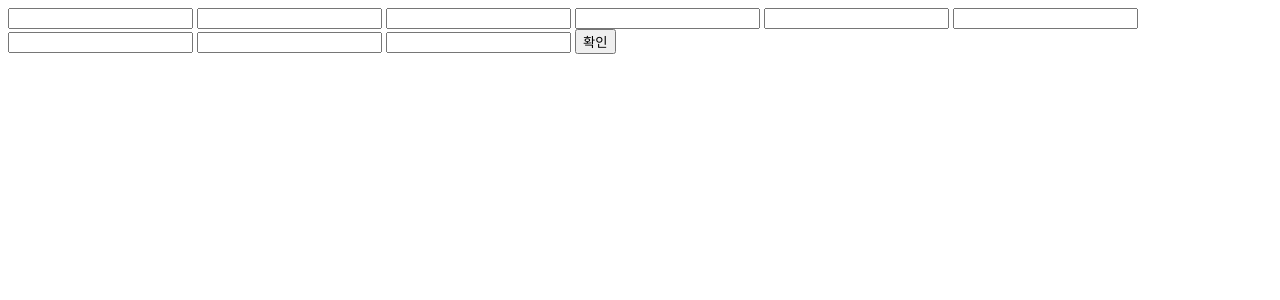
Repository: zeroj-0/eclipseProjects
Page: jv301/src/main/webapp/mod004/add_user.html
The author's editor kept a copy of each file at every save. The page is drawn from the files as they stood at one save, then again after the next save.
The browser window is 1280 px wide. The pictures show the whole page.

Above is the page before, as saved 2022-06-29 07:23:53.

### jv301/src/main/webapp/mod004/add_user.html
<!DOCTYPE html>
<html>
<head>
<meta charset="UTF-8">
<title>Insert title here</title>
</head>
<body>
	<form action="add_user.do" method="post">
		<input type="text" name="userId">
		<input type="text" name="userId">
		<input type="text" name="userId">
		<input type="text" name="userId">
		<input type="text" name="userId">
		<input type="text" name="userId">
		<input type="text" name="userId">
		<input type="text" name="userId">
		<input type="text" name="userId">
		<button type="submit">확인</button>
	</form>
</body>
</html>

After the next save:
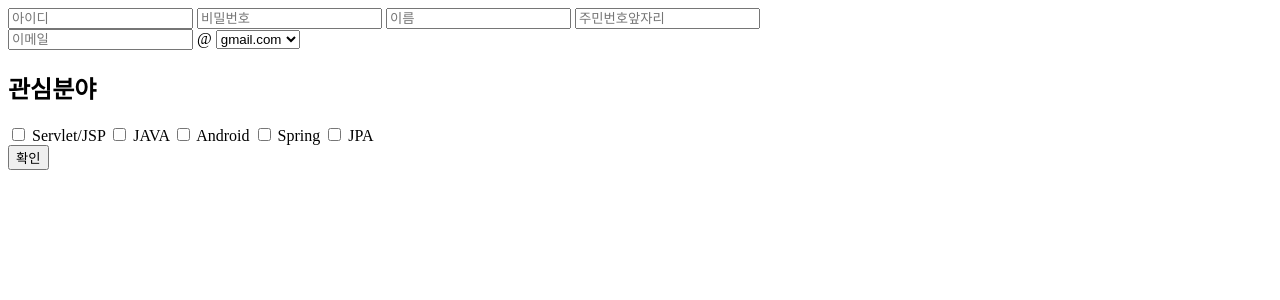
Saved 11 min 0 s later.
--- a/jv301/src/main/webapp/mod004/add_user.html
+++ b/jv301/src/main/webapp/mod004/add_user.html
@@ -1,21 +1,39 @@
 <!DOCTYPE html>
 <html>
 <head>
-<meta charset="UTF-8">
-<title>Insert title here</title>
-</head>
-<body>
-	<form action="add_user.do" method="post">
-		<input type="text" name="userId">
-		<input type="text" name="userId">
-		<input type="text" name="userId">
-		<input type="text" name="userId">
-		<input type="text" name="userId">
-		<input type="text" name="userId">
-		<input type="text" name="userId">
-		<input type="text" name="userId">
-		<input type="text" name="userId">
-		<button type="submit">확인</button>
-	</form>
-</body>
+    <meta charset="utf-8">
+    <title>회원가입</title>
+  </head>
+  <body>
+    <form class="" action="index.html" method="post">
+      <input type="text" name="userId" placeholder="아이디">
+		  <input type="text" name="password" placeholder="비밀번호">
+		  <input type="text" name="userName" placeholder="이름">
+		  <input type="text" name="ssn" placeholder="주민번호앞자리">
+      <div>
+        <input type="text" name="email" placeholder="이메일">
+        @
+        <select class="" name="">
+          <option value="">gmail.com</option>
+          <option value="">naver.com</option>
+          <option value="">nate.com</option>
+          <option value="">daum.net</option>
+        </select>
+      </div>
+      <div class="">
+        <h2>관심분야</h2>
+        <input type="checkbox" name="jsp" value="">
+        <label for="jsp">Servlet/JSP</label>
+        <input type="checkbox" name="java" value="">
+        <label for="java">JAVA</label>
+        <input type="checkbox" name="android" value="">
+        <label for="android">Android</label>
+        <input type="checkbox" name="spring" value="">
+        <label for="spring">Spring</label>
+        <input type="checkbox" name="jpa" value="">
+        <label for="jpa">JPA</label>
+      </div>
+		  <button type="submit">확인</button>
+    </form>
+  </body>
 </html>
